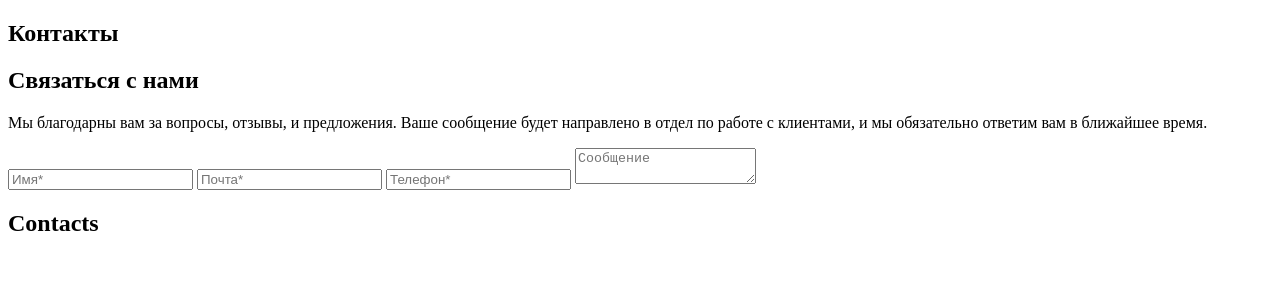
Repository: Azimich/Cleaning_
Page: src/pages/MainPage/contacts/contacts.html
The author's editor kept a copy of each file at every save. The page is drawn from the files as they stood at one save, then again after the next save.
The browser window is 1280 px wide. The pictures show the whole page.

Above is the page before, as saved 2022-10-12 18:46:59.

### src/pages/MainPage/contacts/contacts.html
<!DOCTYPE html>
<section class="contacts">
  <div class="wrapper">
    <div class="contacts__container">
      <div class="title__block">
        <span class="left__line"></span>
        <h1 class="title">Контакты</h1>
        <span class="right__line"></span>
      </div>
      <div class="contacts__items">
        <div class="contacts__form">
          <h2 class="h2">Связаться с нами</h2>
          <p>
            Мы благодарны вам за вопросы, отзывы, и предложения. Ваше сообщение будет направлено в отдел по работе с клиентами, и мы обязательно ответим вам в ближайшее время.
          </p>
          <form action="#" class="contacts__form">
            <input type="name" name="name" placeholder="Имя*">
            <input type="mail" name="mail" placeholder="Почта*">
            <input type="tel" name="tel" placeholder="Телефон*">
            <textarea name="" id="" placeholder="Сообщение"></textarea>

          </form>
        </div>
        <div class="contacts__maps"></div>
      </div>
    </div>
  </div>
  <h1>Contacts</h1>
</section>

After the next save:
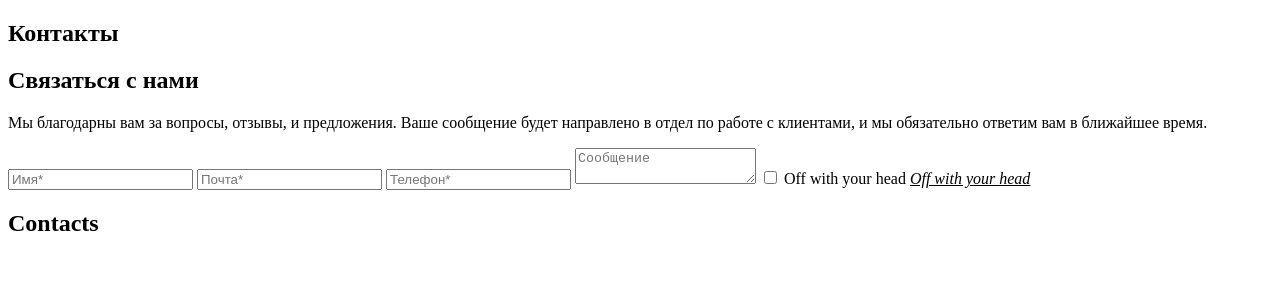
Saved 13 min 19 s later.
--- a/src/pages/MainPage/contacts/contacts.html
+++ b/src/pages/MainPage/contacts/contacts.html
@@ -18,7 +18,12 @@
             <input type="mail" name="mail" placeholder="Почта*">
             <input type="tel" name="tel" placeholder="Телефон*">
             <textarea name="" id="" placeholder="Сообщение"></textarea>
-
+            <input id='one' type='checkbox' />
+            <label for='one'>
+              <span></span>
+              Off with your head
+              <ins><i>Off with your head</i></ins>
+            </label>
           </form>
         </div>
         <div class="contacts__maps"></div>
